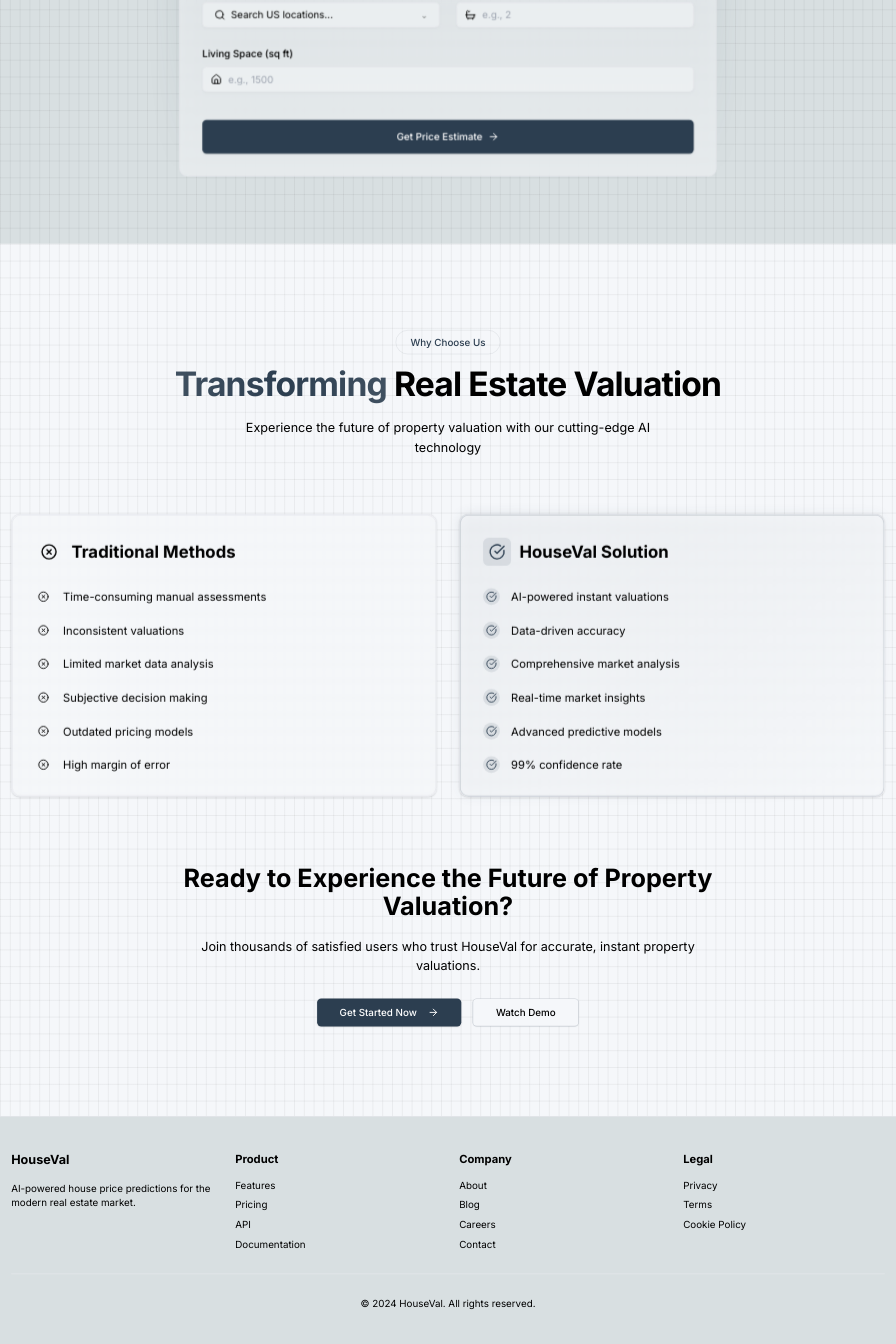
Repository: Rayyy-dev/HouseVal
Page: /
The author's editor kept a copy of each file at every save. The page is drawn from the files as they stood at one save, then again after the next save.
The browser window is 1280 px wide. The pictures show the part of the page from y = 2406 to 4326 px (the page is 4326 px tall before and 4254 px after), at 70% of full size.
The project was rebuilt for these pictures with package versions that can differ from the ones it lists, and the page was loaded fresh each time. The framework's server and built-in components were replaced by stand-ins that run in the browser. Also part of the build but not shown: next.config.ts. Imported but missing from the stored project, and not drawn on this page: src/components/ui/command.

Above is the page before, as saved 2025-01-18 13:40:27.

### src/app/layout.tsx
import type { Metadata } from "next";
import { Inter } from "next/font/google";
import "./globals.css";
import { Toaster } from "sonner";

const inter = Inter({ subsets: ["latin"] });

export const metadata: Metadata = {
  title: "HouseVal - AI-Powered House Price Predictor",
  description: "Get instant, accurate house price estimates powered by AI",
};

export default function RootLayout({
  children,
}: {
  children: React.ReactNode;
}) {
  return (
    <html lang="en">
      <body className={inter.className}>
        {children}
        <Toaster richColors position="top-center" />
      </body>
    </html>
  );
}

### src/app/page.tsx
import { Header } from "@/components/landing-page/sections/header";
import { Hero } from "@/components/landing-page/sections/hero";
import { Integrations } from "@/components/landing-page/sections/integrations";
import { Benefits } from "@/components/landing-page/sections/benefits";
import { PricePredictor } from "@/components/landing-page/sections/price-predictor";
import { Solution } from "@/components/landing-page/sections/solution";
import { Footer } from "@/components/landing-page/sections/footer";

export default function Home() {
  return (
    <div className="min-h-screen bg-background">
      <Header />
      <Hero />
      <Integrations />
      <Benefits />
      <PricePredictor />
      <Solution />
      <Footer />
    </div>
  );
}

### src/components/landing-page/sections/header.tsx
"use client";

import { Button } from "@/components/ui/button";
import { Building2 } from "lucide-react";

export function Header() {
  return (
    <nav className="fixed top-0 left-0 right-0 bg-background/80 backdrop-blur-md border-b border-border/40 z-50">
      <div className="container mx-auto px-4 py-4">
        <div className="flex justify-between items-center">
          <div className="flex items-center gap-2 group">
            <div className="relative">
              <Building2 className="h-8 w-8 text-primary relative z-10" />
              <div className="absolute inset-0 bg-primary/20 rounded-full blur-lg group-hover:blur-xl transition-all duration-300" />
            </div>
            <div className="text-2xl font-bold relative">
              <span className="bg-gradient-to-r from-primary to-primary/80 bg-clip-text text-transparent">
                HouseVal
              </span>
              <div className="absolute -inset-x-2 -inset-y-1 bg-primary/10 rounded-lg blur opacity-0 group-hover:opacity-100 transition-all duration-300" />
            </div>
          </div>
          <div className="flex items-center gap-6">
            <Button
              variant="ghost"
              className="hover:bg-primary/10 hover:text-primary transition-all duration-300"
            >
              Login
            </Button>
            <Button className="bg-primary hover:bg-primary/90 transition-all duration-300 shadow-lg hover:shadow-primary/25">
              <span className="relative z-10">Get Started</span>
            </Button>
          </div>
        </div>
      </div>
    </nav>
  );
}

### src/components/landing-page/sections/solution.tsx
"use client";

import { motion } from "framer-motion";
import { Card, CardContent } from "@/components/ui/card";
import { CheckCircle, XCircle, ArrowRight } from "lucide-react";
import { Button } from "@/components/ui/button";
import { cn } from "@/lib/utils";

export function Solution() {
  return (
    <section className="py-32 relative overflow-hidden">
      {/* Sophisticated Background */}
      <div className="absolute inset-0">
        <div className="absolute inset-0 bg-[linear-gradient(to_right,#4f4f4f12_1px,transparent_1px),linear-gradient(to_bottom,#4f4f4f12_1px,transparent_1px)] bg-[size:14px_24px]" />
        <div className="absolute inset-0 bg-gradient-to-br from-destructive/5 via-transparent to-primary/5" />
        <motion.div
          initial={{ opacity: 0 }}
          animate={{ opacity: 1 }}
          transition={{ duration: 1.5 }}
          className="absolute inset-0"
        >
          <div className="absolute left-0 right-0 top-0 -z-10 m-auto h-[310px] w-[310px] rounded-full bg-primary/5 blur-[120px] animate-pulse-slow" />
          <div className="absolute left-1/3 right-0 top-1/2 -z-10 h-[250px] w-[250px] rounded-full bg-destructive/5 blur-[120px] animate-pulse-slow delay-300" />
        </motion.div>
      </div>

      <div className="container mx-auto px-4 relative">
        {/* Enhanced Header */}
        <motion.div
          initial={{ opacity: 0, y: 20 }}
          whileInView={{ opacity: 1, y: 0 }}
          viewport={{ once: true }}
          transition={{ duration: 0.7, ease: "easeOut" }}
          className="text-center mb-20"
        >
          <motion.div
            initial={{ scale: 0.95, opacity: 0 }}
            whileInView={{ scale: 1, opacity: 1 }}
            transition={{ duration: 0.5, delay: 0.2 }}
            className="inline-block mb-6"
          >
            <span className="px-5 py-2 rounded-full bg-primary/8 text-primary text-sm font-medium border border-primary/10">
              Why Choose Us
            </span>
          </motion.div>
          <h2 className="text-4xl md:text-5xl font-bold mb-6 tracking-tight">
            <span className="bg-gradient-to-r from-primary/90 via-primary to-primary/90 bg-clip-text text-transparent">Transforming</span>
            <span className="text-foreground"> Real Estate Valuation</span>
          </h2>
          <p className="text-lg text-muted-foreground/90 max-w-2xl mx-auto leading-relaxed">
            Experience the future of property valuation with our cutting-edge AI technology
          </p>
        </motion.div>

        {/* Enhanced Cards Grid */}
        <div className="grid grid-cols-1 lg:grid-cols-2 gap-8">
          <motion.div
            initial={{ opacity: 0, x: -20 }}
            whileInView={{ opacity: 1, x: 0 }}
            viewport={{ once: true }}
            transition={{ duration: 0.7 }}
          >
            <Card className="relative group h-full">
              <div className="absolute -inset-0.5 bg-gradient-to-br from-destructive/20 to-destructive/0 rounded-2xl blur opacity-50 group-hover:opacity-75 transition duration-300" />
              <div className="relative h-full bg-background/50 backdrop-blur-sm rounded-xl p-8 border border-destructive/20">
                <h3 className="text-2xl font-bold mb-8 flex items-center gap-3">
                  <div className="p-2 rounded-lg bg-destructive/10">
                    <XCircle className="text-destructive h-6 w-6" />
                  </div>
                  Traditional Methods
                </h3>
                <CardContent className="space-y-6 p-0">
                  {[
                    "Time-consuming manual assessments",
                    "Inconsistent valuations",
                    "Limited market data analysis",
                    "Subjective decision making",
                    "Outdated pricing models",
                    "High margin of error"
                  ].map((item, i) => (
                    <motion.div
                      initial={{ opacity: 0, x: -10 }}
                      whileInView={{ opacity: 1, x: 0 }}
                      viewport={{ once: true }}
                      transition={{ duration: 0.5, delay: i * 0.1 }}
                      key={i}
                      className="flex items-start gap-4 group"
                    >
                      <div className="h-6 w-6 rounded-full bg-destructive/10 flex items-center justify-center shrink-0 group-hover:bg-destructive/20 transition-colors">
                        <XCircle className="h-4 w-4 text-destructive" />
                      </div>
                      <p className="text-muted-foreground group-hover:text-foreground transition-colors">{item}</p>
                    </motion.div>
                  ))}
                </CardContent>
              </div>
            </Card>
          </motion.div>

          <motion.div
            initial={{ opacity: 0, x: 20 }}
            whileInView={{ opacity: 1, x: 0 }}
            viewport={{ once: true }}
            transition={{ duration: 0.7 }}
          >
            <Card className="relative group h-full">
              <div className="absolute -inset-0.5 bg-gradient-to-br from-primary/20 to-primary/0 rounded-2xl blur opacity-50 group-hover:opacity-75 transition duration-300" />
              <div className="relative h-full bg-background/50 backdrop-blur-sm rounded-xl p-8 border border-primary/20">
                <h3 className="text-2xl font-bold mb-8 flex items-center gap-3">
                  <div className="p-2 rounded-lg bg-primary/10">
                    <CheckCircle className="text-primary h-6 w-6" />
                  </div>
                  HouseVal Solution
                </h3>
                <CardContent className="space-y-6 p-0">
                  {[
                    "AI-powered instant valuations",
                    "Data-driven accuracy",
                    "Comprehensive market analysis",
                    "Real-time market insights",
                    "Advanced predictive models",
                    "99% confidence rate"
                  ].map((item, i) => (
                    <motion.div
                      initial={{ opacity: 0, x: 10 }}
                      whileInView={{ opacity: 1, x: 0 }}
                      viewport={{ once: true }}
                      transition={{ duration: 0.5, delay: i * 0.1 }}
                      key={i}
                      className="flex items-start gap-4 group"
                    >
                      <div className="h-6 w-6 rounded-full bg-primary/10 flex items-center justify-center shrink-0 group-hover:bg-primary/20 transition-colors">
                        <CheckCircle className="h-4 w-4 text-primary" />
                      </div>
                      <p className="text-muted-foreground group-hover:text-foreground transition-colors">{item}</p>
                    </motion.div>
                  ))}
                </CardContent>
              </div>
            </Card>
          </motion.div>
        </div>

        {/* CTA Section */}
        <motion.div
          initial={{ opacity: 0, y: 20 }}
          whileInView={{ opacity: 1, y: 0 }}
          viewport={{ once: true }}
          transition={{ duration: 0.7 }}
          className="mt-24 text-center"
        >
          <div className="max-w-3xl mx-auto">
            <h3 className="text-3xl md:text-4xl font-bold mb-6">
              Ready to Experience the Future of Property Valuation?
            </h3>
            <p className="text-lg text-muted-foreground mb-8">
              Join thousands of satisfied users who trust HouseVal for accurate, instant property valuations.
            </p>
            <div className="flex flex-col sm:flex-row gap-4 justify-center">
              <Button
                size="lg"
                className="bg-primary hover:bg-primary/90 text-primary-foreground group"
              >
                <span>Get Started Now</span>
                <ArrowRight className="ml-2 h-4 w-4 group-hover:translate-x-1 transition-transform" />
              </Button>
              <Button
                size="lg"
                variant="outline"
                className="border-primary/20 hover:bg-primary/5"
              >
                Watch Demo
              </Button>
            </div>
          </div>
        </motion.div>
      </div>
    </section>
  );
}

### src/components/landing-page/sections/footer.tsx
import { Button } from "@/components/ui/button";

export function Footer() {
  return (
    <footer className="bg-muted/30 border-t border-border">
      <div className="container mx-auto px-4 py-12">
        <div className="grid grid-cols-1 md:grid-cols-4 gap-8">
          <div className="space-y-4">
            <h4 className="text-lg font-bold">HouseVal</h4>
            <p className="text-sm text-muted-foreground">
              AI-powered house price predictions for the modern real estate market.
            </p>
          </div>

          <div>
            <h4 className="font-bold mb-4">Product</h4>
            <ul className="space-y-2 text-sm text-muted-foreground">
              <li>Features</li>
              <li>Pricing</li>
              <li>API</li>
              <li>Documentation</li>
            </ul>
          </div>

          <div>
            <h4 className="font-bold mb-4">Company</h4>
            <ul className="space-y-2 text-sm text-muted-foreground">
              <li>About</li>
              <li>Blog</li>
              <li>Careers</li>
              <li>Contact</li>
            </ul>
          </div>

          <div>
            <h4 className="font-bold mb-4">Legal</h4>
            <ul className="space-y-2 text-sm text-muted-foreground">
              <li>Privacy</li>
              <li>Terms</li>
              <li>Cookie Policy</li>
            </ul>
          </div>
        </div>

        <div className="border-t border-border/40 mt-8 pt-8 text-center text-sm text-muted-foreground">
          © 2024 HouseVal. All rights reserved.
        </div>
      </div>
    </footer>
  );
}

### src/components/ui/input.tsx
import * as React from "react"

import { cn } from "@/lib/utils"

export interface InputProps extends React.InputHTMLAttributes<HTMLInputElement> {}

const Input = React.forwardRef<HTMLInputElement, InputProps>(
  ({ className, type, ...props }, ref) => {
    return (
      <input
        type={type}
        className={cn(
          "flex h-9 w-full rounded-md border border-input bg-transparent px-3 py-1 text-base shadow-sm transition-colors file:border-0 file:bg-transparent file:text-sm file:font-medium file:text-foreground placeholder:text-muted-foreground focus-visible:outline-none focus-visible:ring-1 focus-visible:ring-ring disabled:cursor-not-allowed disabled:opacity-50 md:text-sm",
          className
        )}
        ref={ref}
        {...props}
      />
    )
  }
)
Input.displayName = "Input"

export { Input }

### src/components/ui/avatar-stack.tsx
"use client";

const generateInitialsAvatar = (index: number) => {
  const colors = [
    'from-blue-500 to-blue-600',
    'from-emerald-500 to-emerald-600',
    'from-purple-500 to-purple-600',
    'from-amber-500 to-amber-600',
    'from-rose-500 to-rose-600',
    'from-cyan-500 to-cyan-600'
  ];
  const initials = ['JD', 'AR', 'MS', 'KL', 'RB', 'TC'];

  return (
    <div
      className={`w-8 h-8 rounded-full bg-gradient-to-br ${colors[index]} flex items-center justify-center text-xs font-medium text-white shadow-lg ring-2 ring-background backdrop-blur-sm`}
    >
      {initials[index]}
    </div>
  );
};

export function AvatarStack() {
  return (
    <div className="flex items-center gap-3">
      <div className="flex -space-x-3">
        {Array.from({ length: 6 }).map((_, i) => (
          <div
            key={i}
            className="relative transition-all duration-300 ease-out hover:scale-110 hover:z-10 hover:-translate-y-1"
            style={{ zIndex: 6 - i }}
          >
            {generateInitialsAvatar(i)}
          </div>
        ))}
      </div>
      <div className="flex flex-col">
        <span className="text-sm font-semibold bg-gradient-to-r from-primary to-primary/70 bg-clip-text text-transparent">
          10k+ Users
        </span>
        <span className="text-xs text-muted-foreground">
          Trust HouseVal
        </span>
      </div>
    </div>
  );
}

### src/components/ui/label.tsx
"use client"

import * as React from "react"
import * as LabelPrimitive from "@radix-ui/react-label"
import { cva, type VariantProps } from "class-variance-authority"

import { cn } from "@/lib/utils"

const labelVariants = cva(
  "text-sm font-medium leading-none peer-disabled:cursor-not-allowed peer-disabled:opacity-70"
)

const Label = React.forwardRef<
  React.ElementRef<typeof LabelPrimitive.Root>,
  React.ComponentPropsWithoutRef<typeof LabelPrimitive.Root> &
    VariantProps<typeof labelVariants>
>(({ className, ...props }, ref) => (
  <LabelPrimitive.Root
    ref={ref}
    className={cn(labelVariants(), className)}
    {...props}
  />
))
Label.displayName = LabelPrimitive.Root.displayName

export { Label }

### src/components/ui/popover.tsx
"use client"

import * as React from "react"
import * as PopoverPrimitive from "@radix-ui/react-popover"

import { cn } from "@/lib/utils"

const Popover = PopoverPrimitive.Root

const PopoverTrigger = PopoverPrimitive.Trigger

const PopoverAnchor = PopoverPrimitive.Anchor

const PopoverContent = React.forwardRef<
  React.ElementRef<typeof PopoverPrimitive.Content>,
  React.ComponentPropsWithoutRef<typeof PopoverPrimitive.Content>
>(({ className, align = "center", sideOffset = 4, ...props }, ref) => (
  <PopoverPrimitive.Portal>
    <PopoverPrimitive.Content
      ref={ref}
      align={align}
      sideOffset={sideOffset}
      className={cn(
        "z-50 w-72 rounded-md border bg-popover p-4 text-popover-foreground shadow-md outline-none data-[state=open]:animate-in data-[state=closed]:animate-out data-[state=closed]:fade-out-0 data-[state=open]:fade-in-0 data-[state=closed]:zoom-out-95 data-[state=open]:zoom-in-95 data-[side=bottom]:slide-in-from-top-2 data-[side=left]:slide-in-from-right-2 data-[side=right]:slide-in-from-left-2 data-[side=top]:slide-in-from-bottom-2",
        className
      )}
      {...props}
    />
  </PopoverPrimitive.Portal>
))
PopoverContent.displayName = PopoverPrimitive.Content.displayName

export { Popover, PopoverTrigger, PopoverContent, PopoverAnchor }

### src/components/landing-page/housing/locations.ts
// Extract unique cities and states from the CSV
export const locations = [
  // New York
  { value: 'new-york-ny', label: 'New York, NY', factor: 2.0 },
  { value: 'brooklyn-ny', label: 'Brooklyn, NY', factor: 1.8 },
  { value: 'queens-ny', label: 'Queens, NY', factor: 1.6 },

  // California
  { value: 'los-angeles-ca', label: 'Los Angeles, CA', factor: 1.9 },
  { value: 'san-francisco-ca', label: 'San Francisco, CA', factor: 2.1 },
  { value: 'san-diego-ca', label: 'San Diego, CA', factor: 1.7 },

  // Texas
  { value: 'austin-tx', label: 'Austin, TX', factor: 1.5 },
  { value: 'houston-tx', label: 'Houston, TX', factor: 1.3 },
  { value: 'dallas-tx', label: 'Dallas, TX', factor: 1.4 },

  // Florida
  { value: 'miami-fl', label: 'Miami, FL', factor: 1.6 },
  { value: 'orlando-fl', label: 'Orlando, FL', factor: 1.3 },

  // Washington
  { value: 'seattle-wa', label: 'Seattle, WA', factor: 1.8 },

  // Illinois
  { value: 'chicago-il', label: 'Chicago, IL', factor: 1.5 },

  // Massachusetts
  { value: 'boston-ma', label: 'Boston, MA', factor: 1.9 },

  // And more major cities...
] as const;

### tailwind.config.ts
import { fontFamily } from "tailwindcss/defaultTheme"
import type { Config } from "tailwindcss"

const config = {
  darkMode: ["class"],
  content: [
    './pages/**/*.{ts,tsx}',
    './components/**/*.{ts,tsx}',
    './app/**/*.{ts,tsx}',
    './src/**/*.{ts,tsx}',
	],
  theme: {
    container: {
      center: true,
      padding: "2rem",
      screens: {
        "2xl": "1400px",
      },
    },
    extend: {
      colors: {
        primary: {
          DEFAULT: "#2C3E50",
          foreground: "#FFFFFF",
        },
        secondary: {
          DEFAULT: "#E67E22",
          foreground: "#FFFFFF",
        },
        accent: {
          DEFAULT: "#16A085",
          foreground: "#FFFFFF",
        },
        background: "#F5F7FA",
        muted: "#95A5A6",
      },
      fontFamily: {
        sans: ["var(--font-sans)", ...fontFamily.sans],
      },
      keyframes: {
        "accordion-down": {
          from: { height: "0" },
          to: { height: "var(--radix-accordion-content-height)" },
        },
        "accordion-up": {
          from: { height: "var(--radix-accordion-content-height)" },
          to: { height: "0" },
        },
      },
      animation: {
        "accordion-down": "accordion-down 0.2s ease-out",
        "accordion-up": "accordion-up 0.2s ease-out",
      },
    },
  },
  plugins: [require("tailwindcss-animate")],
} satisfies Config

export default config

Loaded but not shown: src/lib/utils.ts (common file); src/components/landing-page/sections/hero.tsx (333 lines, source omitted); src/app/globals.css (956 lines, source omitted); src/components/landing-page/sections/price-predictor.tsx (381 lines, source omitted); src/components/landing-page/sections/benefits.tsx (160 lines, source omitted); src/components/ui/button.tsx (57 lines, source omitted); src/components/ui/card.tsx (76 lines, source omitted); src/components/landing-page/sections/integrations.tsx (57 lines, source omitted)

After the next save:
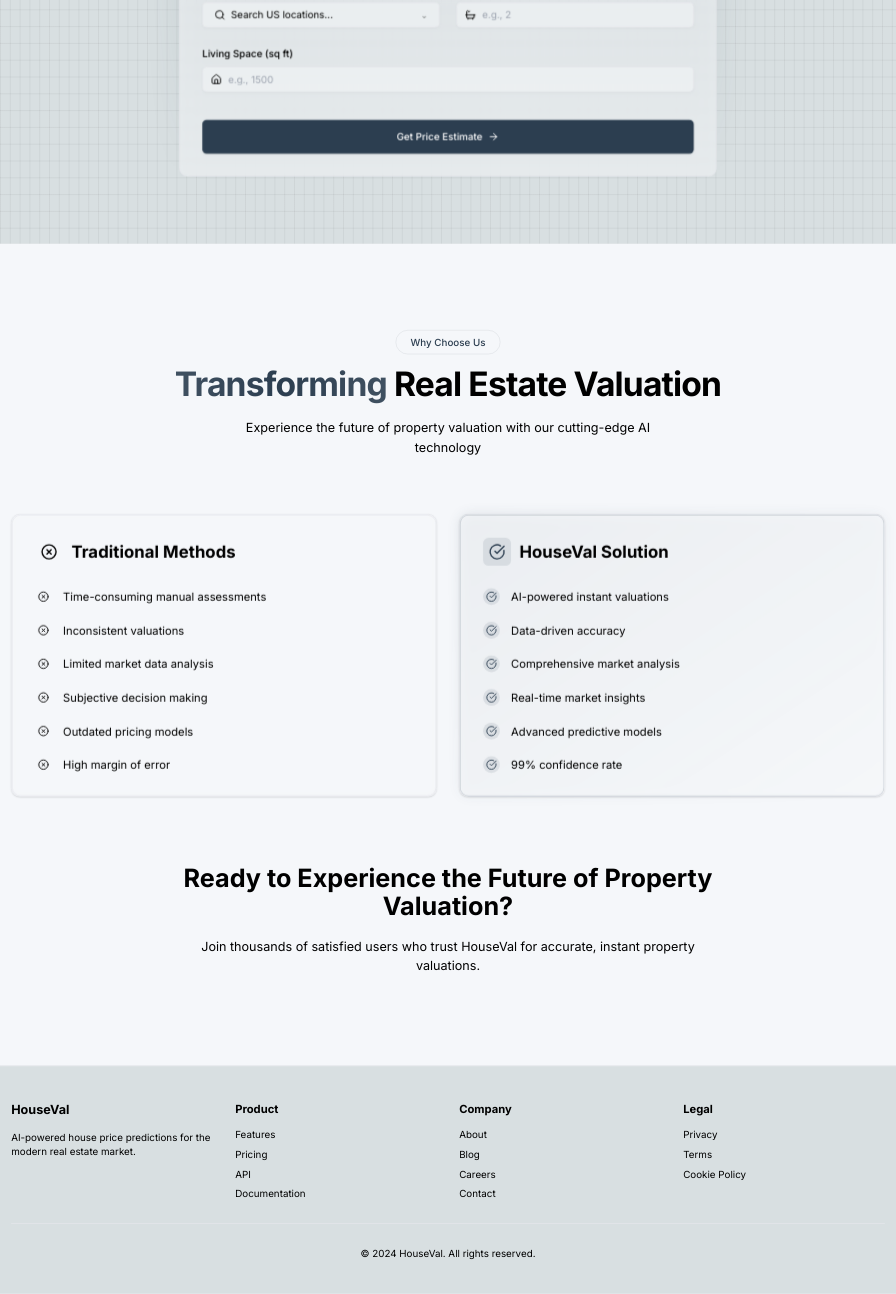
Saved 2 min 44 s later.
--- a/src/components/landing-page/sections/solution.tsx
+++ b/src/components/landing-page/sections/solution.tsx
@@ -2,8 +2,7 @@
 
 import { motion } from "framer-motion";
 import { Card, CardContent } from "@/components/ui/card";
-import { CheckCircle, XCircle, ArrowRight } from "lucide-react";
-import { Button } from "@/components/ui/button";
+import { CheckCircle, XCircle } from "lucide-react";
 import { cn } from "@/lib/utils";
 
 export function Solution() {
@@ -11,7 +10,6 @@
     <section className="py-32 relative overflow-hidden">
       {/* Sophisticated Background */}
       <div className="absolute inset-0">
-        <div className="absolute inset-0 bg-[linear-gradient(to_right,#4f4f4f12_1px,transparent_1px),linear-gradient(to_bottom,#4f4f4f12_1px,transparent_1px)] bg-[size:14px_24px]" />
         <div className="absolute inset-0 bg-gradient-to-br from-destructive/5 via-transparent to-primary/5" />
         <motion.div
           initial={{ opacity: 0 }}
@@ -153,25 +151,9 @@
             <h3 className="text-3xl md:text-4xl font-bold mb-6">
               Ready to Experience the Future of Property Valuation?
             </h3>
-            <p className="text-lg text-muted-foreground mb-8">
+            <p className="text-lg text-muted-foreground">
               Join thousands of satisfied users who trust HouseVal for accurate, instant property valuations.
             </p>
-            <div className="flex flex-col sm:flex-row gap-4 justify-center">
-              <Button
-                size="lg"
-                className="bg-primary hover:bg-primary/90 text-primary-foreground group"
-              >
-                <span>Get Started Now</span>
-                <ArrowRight className="ml-2 h-4 w-4 group-hover:translate-x-1 transition-transform" />
-              </Button>
-              <Button
-                size="lg"
-                variant="outline"
-                className="border-primary/20 hover:bg-primary/5"
-              >
-                Watch Demo
-              </Button>
-            </div>
           </div>
         </motion.div>
       </div>
